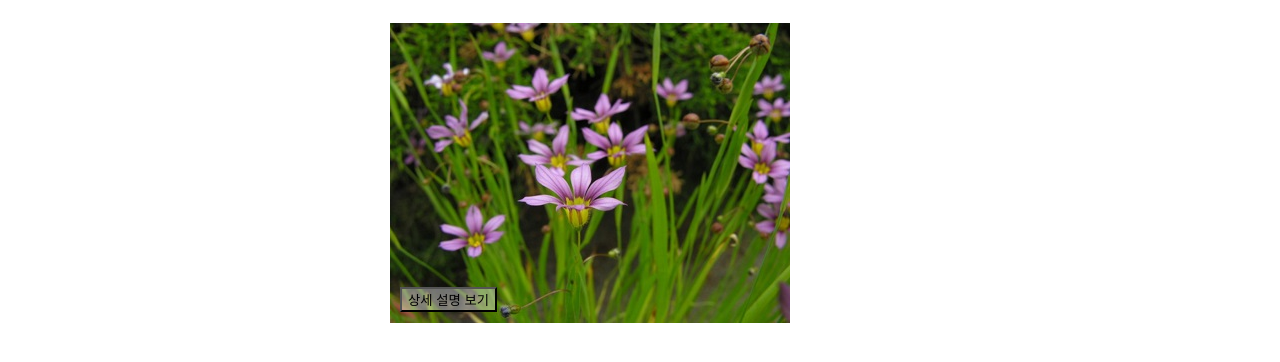
Repository: ady0099/webstudy
Page: 03_javascript/src/main/webapp/day02/ex17_event.html
These files come from the project's save history. The page is drawn as it stood at one moment and after the next save; the edit follows.
The browser window is 1280 px wide. The pictures show the whole page.

Above is the page before, as saved 2023-06-28 07:45:27.

After the next save:
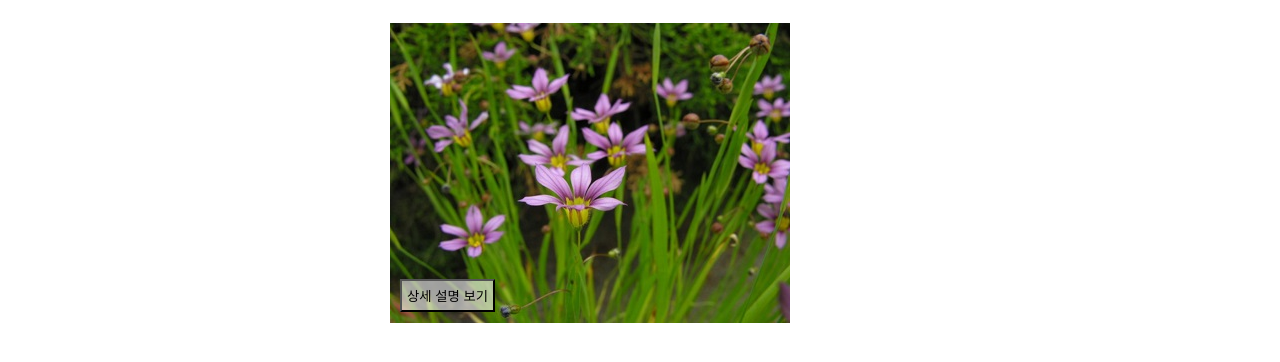
Saved 41 s later.
--- a/03_javascript/src/main/webapp/day02/ex17_event.html
+++ b/03_javascript/src/main/webapp/day02/ex17_event.html
@@ -22,7 +22,8 @@
 				display: none;
 			}
 			button{
-				background-color: rgba(255,255,255,0.4);
+				background-color: rgba(255,255,255,0.6);
+				padding: 5px;
 			}
 		</style>
 	</head>
